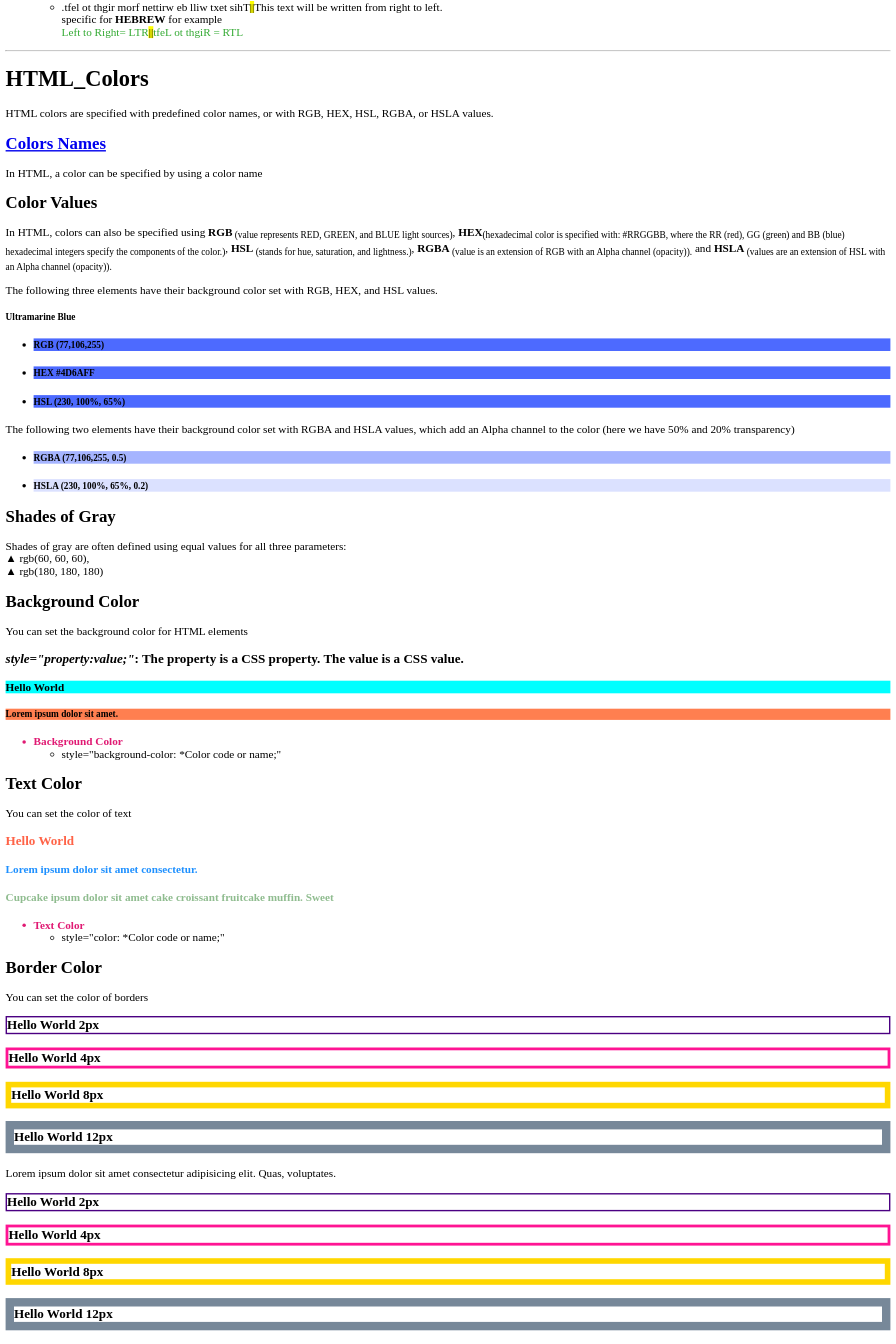
Repository: AnnaSpirit/2025_
Page: Bases/OK/HTML_Text_Formatting.html
These files come from the project's save history. The page is drawn as it stood at one moment and after the next save; the edit follows.
The browser window is 1280 px wide. The pictures show the part of the page from y = 1358 to 3278 px (the page is 3278 px tall before and 3060 px after), at 70% of full size.

Above is the page before, as saved 2025-01-09 15:40:30.

After the next save:
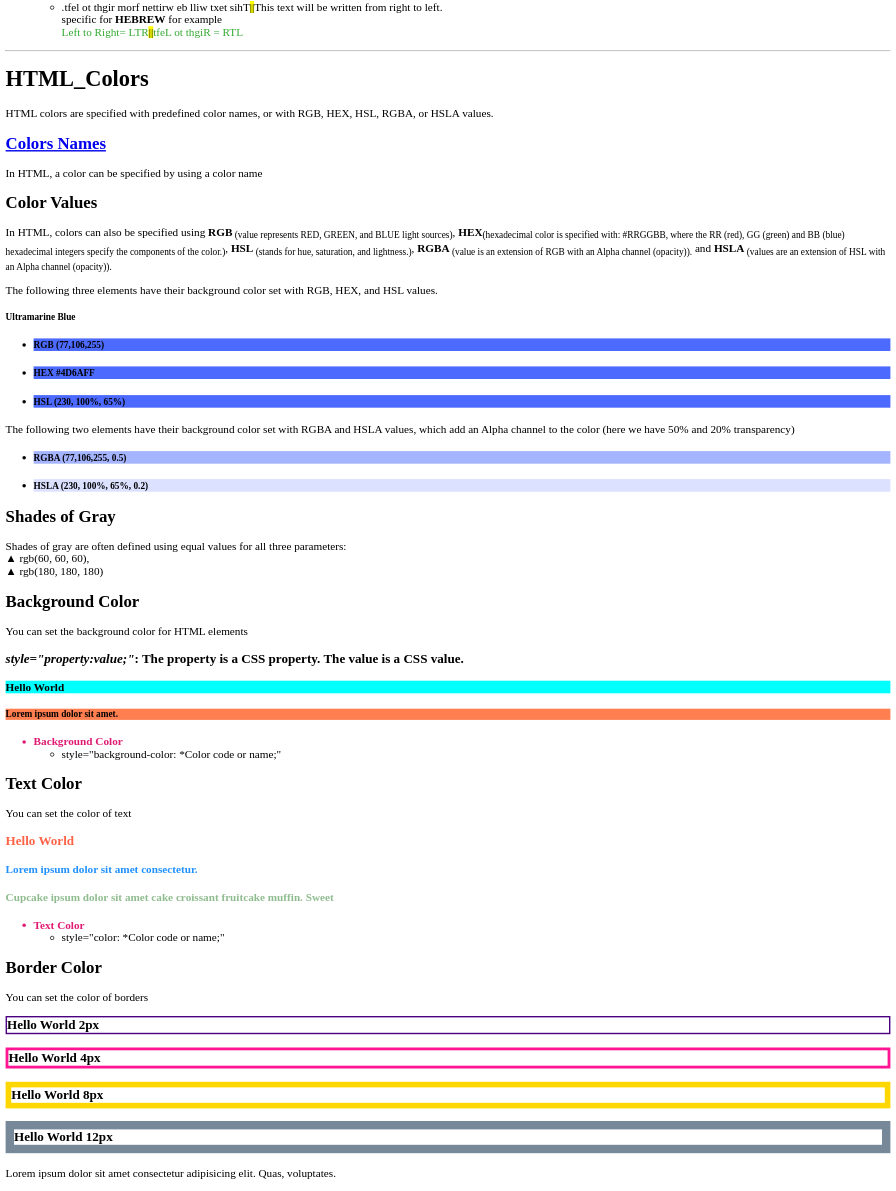
Saved 10 s later.
--- a/Bases/OK/HTML_Text_Formatting.html
+++ b/Bases/OK/HTML_Text_Formatting.html
@@ -215,10 +215,7 @@
     <h2><Font></h2>
 
     <p>Lorem ipsum dolor sit amet consectetur adipisicing elit. Quas, voluptates. <br>
-    <h3 style="border:2px solid indigo;">Hello World 2px</h3>
-    <h3 style="border:4px solid DeepPink;">Hello World 4px</h3>
-    <h3 style="border:8px solid Gold;">Hello World 8px</h3>
-    <h3 style="border:12px solid LightSlateGrey;">Hello World 12px</h3>
+
     </p>
     </p>
 </body>
